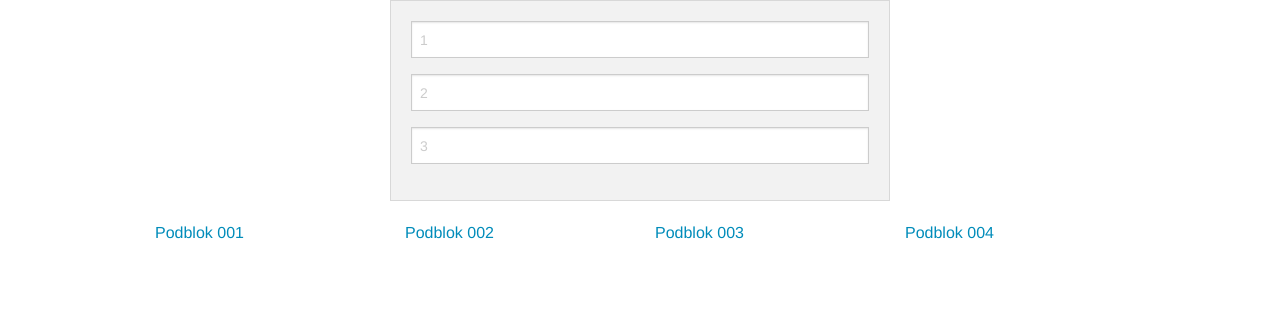
Repository: binczyk/RepoComarch
Page: strona/WebContent/foundation-5.5.2/exercise2.html
The author's editor kept a copy of each file at every save. The page is drawn from the files as they stood at one save, then again after the next save.
The browser window is 1280 px wide. The pictures show the whole page.

Above is the page before, as saved 2015-07-14 07:55:02.

After the next save:
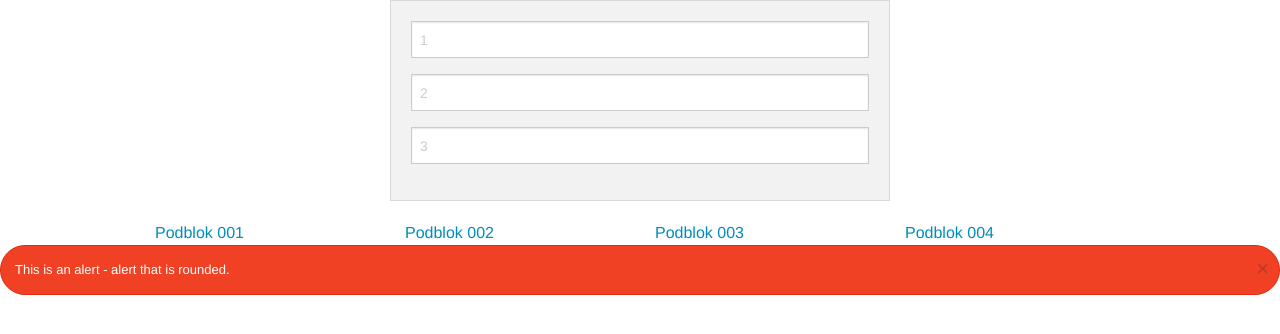
Saved 5 s later.
--- a/strona/WebContent/foundation-5.5.2/exercise2.html
+++ b/strona/WebContent/foundation-5.5.2/exercise2.html
@@ -50,7 +50,9 @@
 		<a class="close-reveal-modal" aria-label="Close">&#215;</a>
 	</div>
 
-
+	<div data-alert class="alert-box alert round">
+		This is an alert - alert that is rounded. <a href="#" class="close">&times;</a>
+	</div>
 
 	<script src="js/vendor/jquery.js"></script>
 	<script src="js/foundation.min.js"></script>
